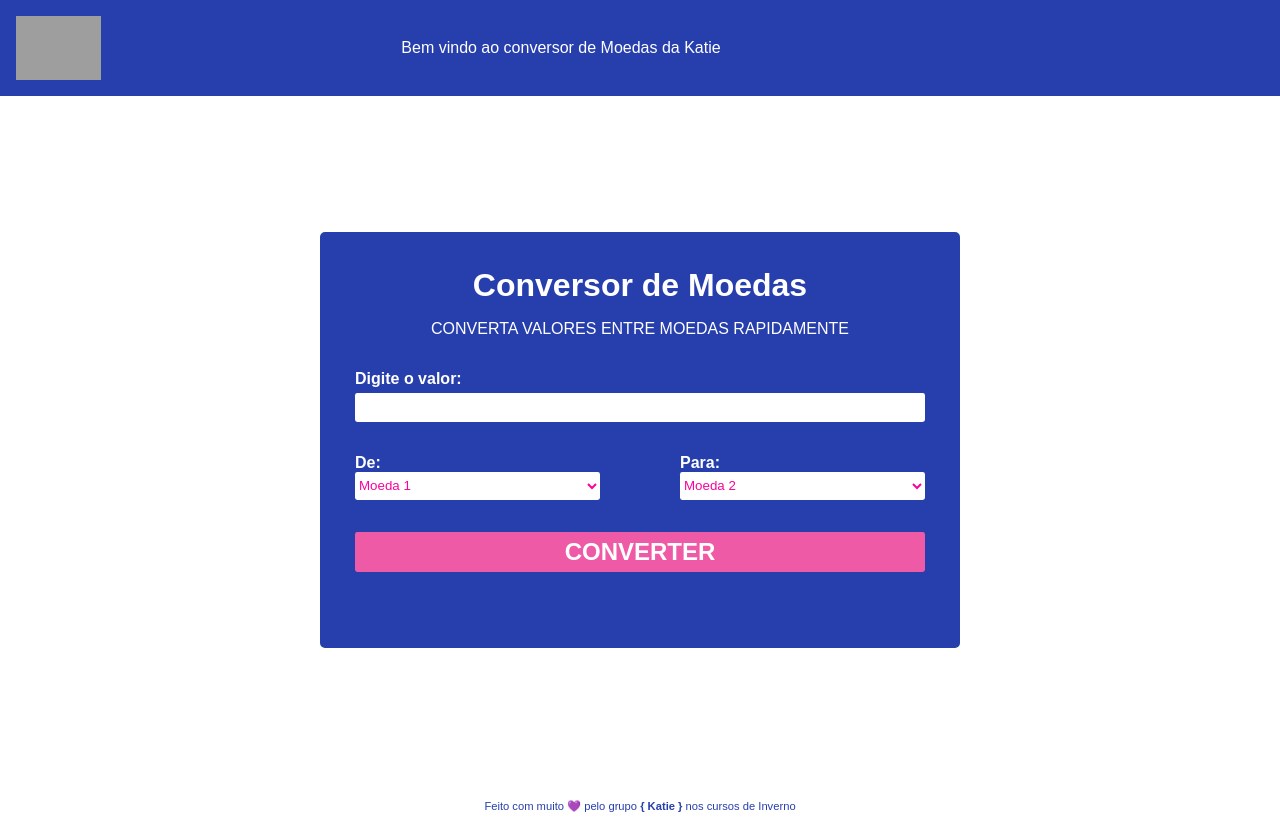
Repository: willamesalmeida/Conversor-de-Moedas
Page: index.html
An editor plug-in stored every save of this project. The page is shown before and after the next save, followed by the edit.
The browser window is 1280 px wide. The pictures show the whole page.
Pictures or frames that could not be fetched are drawn as grey boxes.

Above is the page before, as saved 2022-08-07 14:32:21.

After the next save:
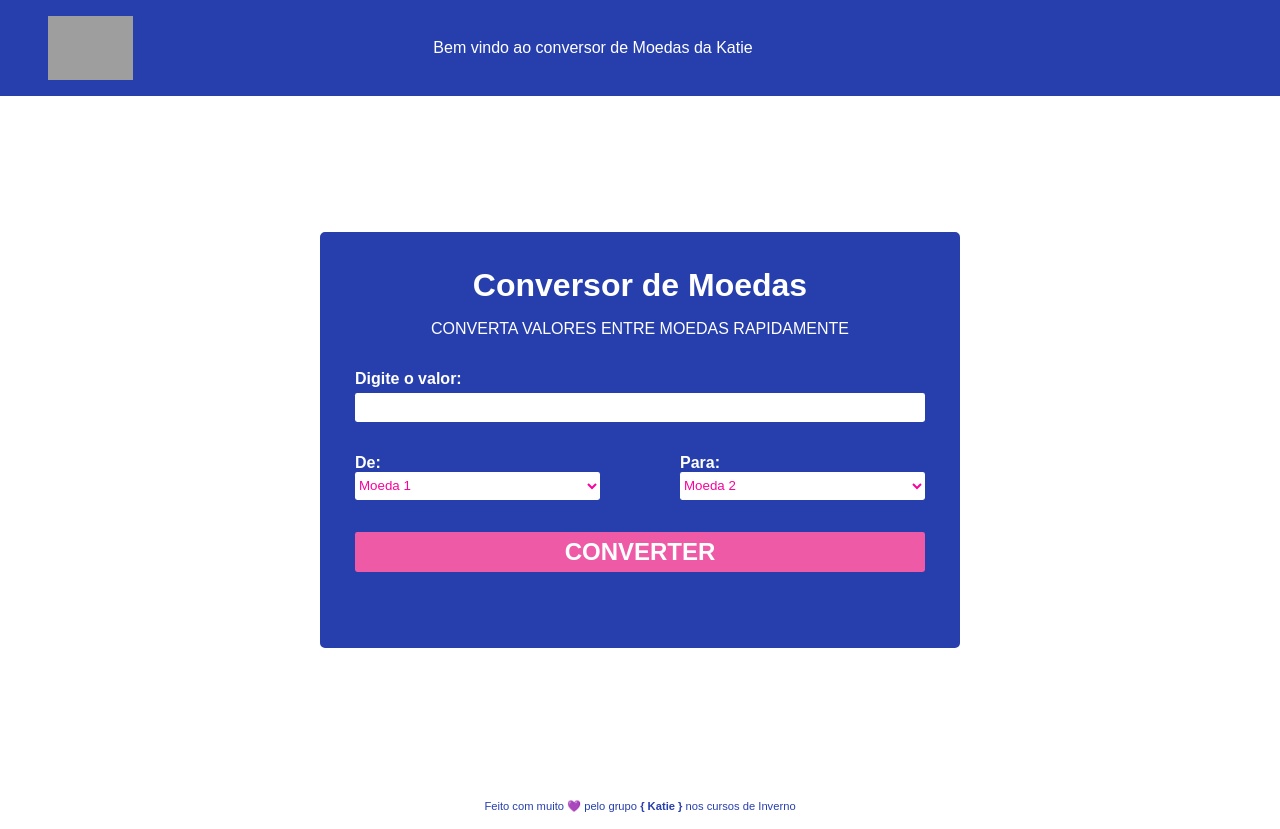
Saved 4 s later.
--- a/styles.css
+++ b/styles.css
@@ -4,7 +4,7 @@
 }
 
 .gif-katie {
-  margin-left: 1rem;
+  margin-left: 3rem;
   height: 4rem;
 }
 .cabecalho{
